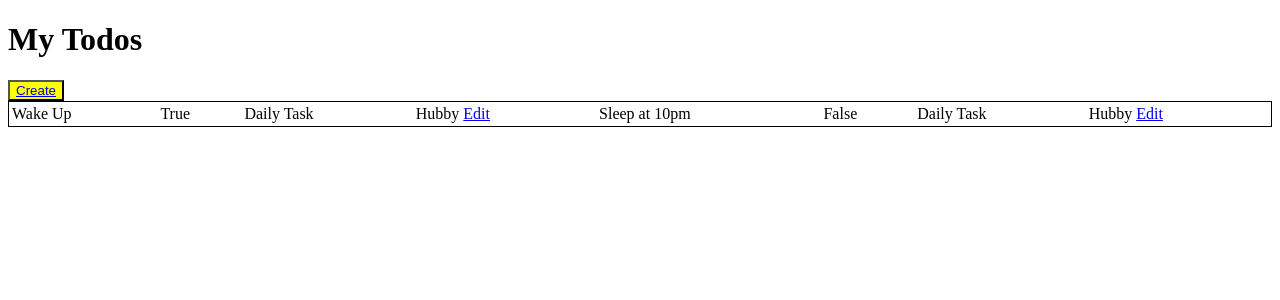
Repository: 99Ace/djangoLesson
Page: http://localhost/todos/
The author's editor kept a record of every edit. The page is drawn from the files as they stood at one moment, then again after the next edit.
The browser window is 1280 px wide. The pictures show the whole page.
The page is served by the project's application, run on Django 2.2 (manage.py). Other server files are loaded and not shown. The page reads the database file committed with the project.

Above is the page before.

### todos/views.py
from django.shortcuts import render, HttpResponse, redirect, get_object_or_404
from .models import Item
from .forms import ItemForm

# Create your views here.
def show_todos(request):
    results = Item.objects.all()
    return render(request, "todo.html", {
        'items':results
    })

# CREATE FUNCTION
def create_item(request):
  if request.method == "POST":
        form = ItemForm(request.POST, request.FILES)
        if form.is_valid():
            form.save()
            return redirect(show_todos)
  else:
     form = ItemForm()
     return render(request, "todo_form.html", {'form': form})

#create new function
def edit_item(request, id):
    item = get_object_or_404(Item, pk=id)

    if request.method == "POST":
        form = ItemForm(request.POST, instance=item)
        if form.is_valid():
            form.save()
            return redirect(show_todos)
    else:
        form = ItemForm(instance=item)
    return render(request, "todo_form.html", {'form': form})

### todos/templates/todo.html
<!DOCTYPE html>
<html lang="en">
<head>
    <meta charset="UTF-8">
    <meta name="viewport" content="width=device-width, initial-scale=1.0">
    <meta http-equiv="X-UA-Compatible" content="ie=edge">
    <title>Document</title>
</head>
<body>
    <h1> My Todos</h1>
    <button style="background-color:yellow"><a href="create">Create</a></button>
    <table style = "border:black solid 1pt; width:100% ">
    <tr>
        {% for i in items %}
         <td> {{ i.name }} </td>
         <td>    {{ i.done }}
          <td>   {{ i.tag }}
         <td>    {{ i.category }}
         <td>    {{ i.assign }} <a href="edit/{{i.id}}">Edit</a>
         </td>
        {%endfor%}
    </tr>
    </table>
</body>
</html>

### todos/models.py
from django.db import models

# Create your models here.
# declare a class named "Item"
class Item(models.Model):
    name = models.CharField(max_length=30, blank=False)
    done = models.BooleanField(blank=False, default=False)
    ongoing = models.BooleanField(blank=False, default=False)
    completed_at = models.DateField(blank=True, null=True, default=None)
    category = models.ForeignKey('Category', on_delete=models.CASCADE)
    tags = models.ManyToManyField('Tag')
    assign = models.ForeignKey('Arrow', on_delete=models.CASCADE)

    def __str__(self):
        return self.name

class Category(models.Model):
    name = models.CharField(max_length=255, blank=False)
    def __str__(self):
        return self.name

class Tag(models.Model):
    name = models.CharField(max_length=50, blank=False)
    def __str__(self):
        return self.name

class Arrow(models.Model):
    name = models.CharField(max_length=255, blank=False)
    def __str__(self):
        return self.name

### todo_project/urls.py
"""todo_project URL Configuration

The `urlpatterns` list routes URLs to views. For more information please see:
    https://docs.djangoproject.com/en/2.2/topics/http/urls/
Examples:
Function views
    1. Add an import:  from my_app import views
    2. Add a URL to urlpatterns:  path('', views.home, name='home')
Class-based views
    1. Add an import:  from other_app.views import Home
    2. Add a URL to urlpatterns:  path('', Home.as_view(), name='home')
Including another URLconf
    1. Import the include() function: from django.urls import include, path
    2. Add a URL to urlpatterns:  path('blog/', include('blog.urls'))
"""
from django.contrib import admin
from django.urls import path
from todos.views import show_todos, create_item, edit_item  #<-- add function name here


urlpatterns = [
    path('admin/', admin.site.urls),
    path('todos/',show_todos),
    path('todos/create', create_item),
    path('todos/edit/<id>', edit_item)
    # path('todos/delete'<--route , function name)
]

### db.sqlite3 (the tables this page reads, as SQL)
CREATE TABLE "todos_arrow" ("id" integer NOT NULL PRIMARY KEY AUTOINCREMENT, "name" varchar(255) NOT NULL);
INSERT INTO "todos_arrow" VALUES
(1, 'Wife'),
(2, 'Son'),
(3, 'Hubby'),
(4, 'Daughter');

CREATE TABLE "todos_category" ("id" integer NOT NULL PRIMARY KEY AUTOINCREMENT, "name" varchar(255) NOT NULL);
INSERT INTO "todos_category" VALUES
(1, 'Daily Task'),
(2, 'Achoc Task'),
(3, 'Random Task');

CREATE TABLE "todos_item" ("id" integer NOT NULL PRIMARY KEY AUTOINCREMENT, "name" varchar(30) NOT NULL, "done" bool NOT NULL, "completed_at" date NULL, "ongoing" bool NOT NULL, "category_id" integer NOT NULL REFERENCES "todos_category" ("id") DEFERRABLE INITIALLY DEFERRED, "assign_id" integer NOT NULL REFERENCES "todos_arrow" ("id") DEFERRABLE INITIALLY DEFERRED);
INSERT INTO "todos_item" VALUES
(1, 'Wake Up', 1, NULL, 0, 1, 3),
(2, 'Sleep at 10pm', 0, NULL, 0, 1, 3);

After the next edit:
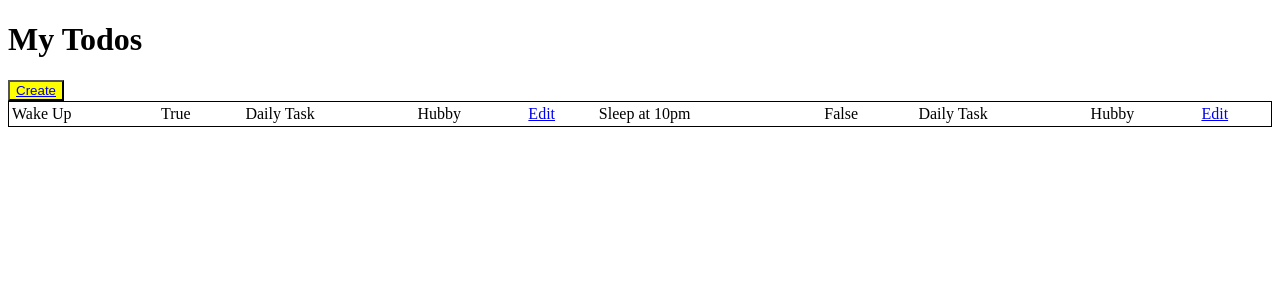
The edit:
--- a/todos/templates/todo.html
+++ b/todos/templates/todo.html
@@ -1,25 +1,28 @@
 <!DOCTYPE html>
 <html lang="en">
+
 <head>
     <meta charset="UTF-8">
     <meta name="viewport" content="width=device-width, initial-scale=1.0">
     <meta http-equiv="X-UA-Compatible" content="ie=edge">
     <title>Document</title>
 </head>
+
 <body>
     <h1> My Todos</h1>
     <button style="background-color:yellow"><a href="create">Create</a></button>
-    <table style = "border:black solid 1pt; width:100% ">
-    <tr>
-        {% for i in items %}
-         <td> {{ i.name }} </td>
-         <td>    {{ i.done }}
-          <td>   {{ i.tag }}
-         <td>    {{ i.category }}
-         <td>    {{ i.assign }} <a href="edit/{{i.id}}">Edit</a>
-         </td>
-        {%endfor%}
-    </tr>
+    <table style="border:black solid 1pt; width:100% ">
+        <tr>
+            {% for i in items %}
+            <td> {{ i.name }} </td>
+            <td> {{ i.done }} </td>
+            <td> {{ i.tag }} </td>
+            <td> {{ i.category }} </td>
+            <td> {{ i.assign }} </td>
+            <td><a href="edit/{{i.id}}">Edit</a></td>
+            {%endfor%}
+        </tr>
     </table>
 </body>
+
 </html>
